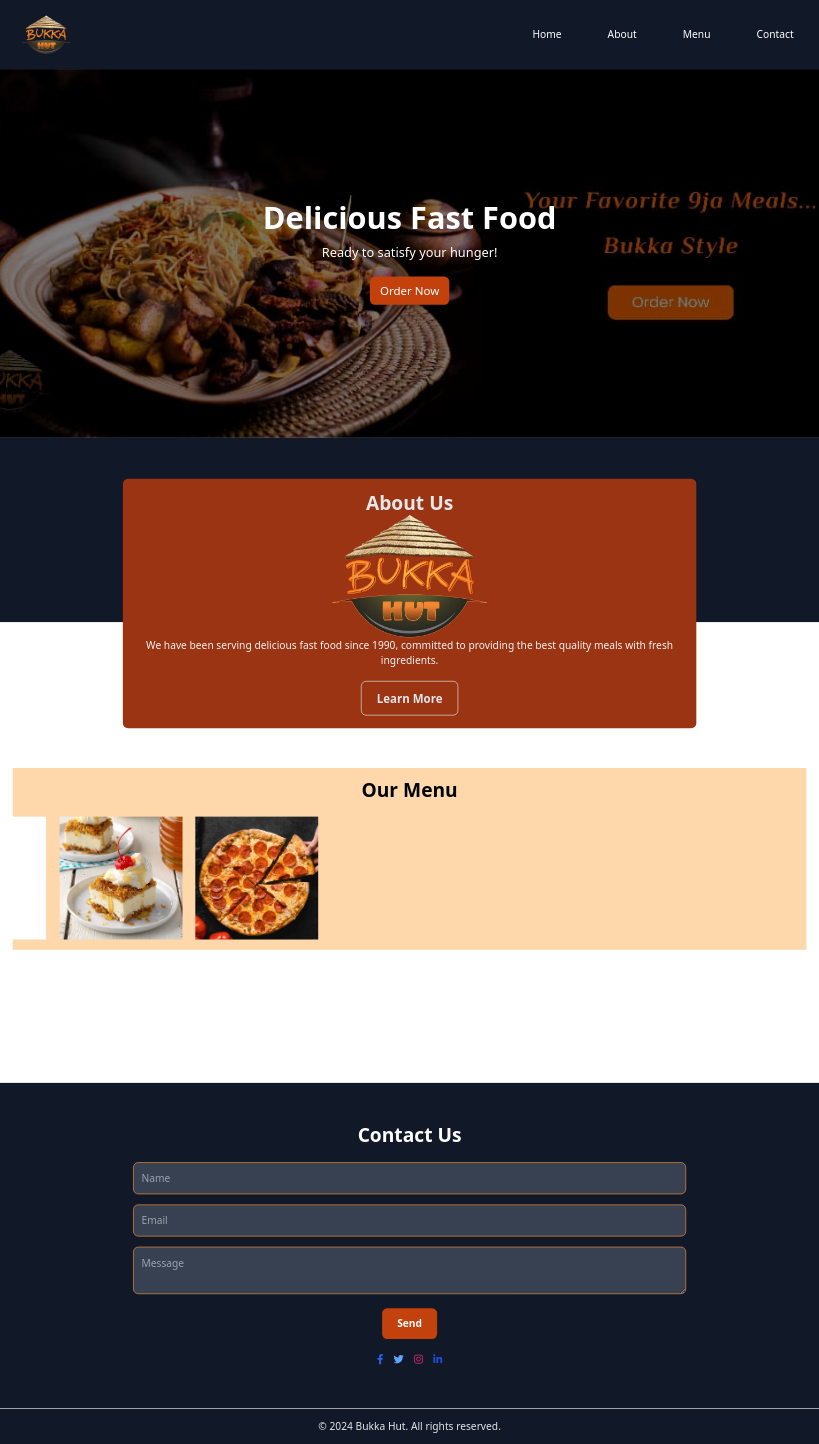
Repository: countaustin1990/BUKKAHUT
Page: INDEX.HTML
An editor plug-in stored every save of this project. The page is shown before and after the next save, followed by the edit.
The browser window is 1280 px wide. The pictures show the whole page, at 64% of full size.
Some web libraries are served in a nearby version.

Above is the page before, as saved 2024-08-24 16:48:04.
Console error: TypeError: Cannot read properties of null (reading 'addEventListener')

After the next save:
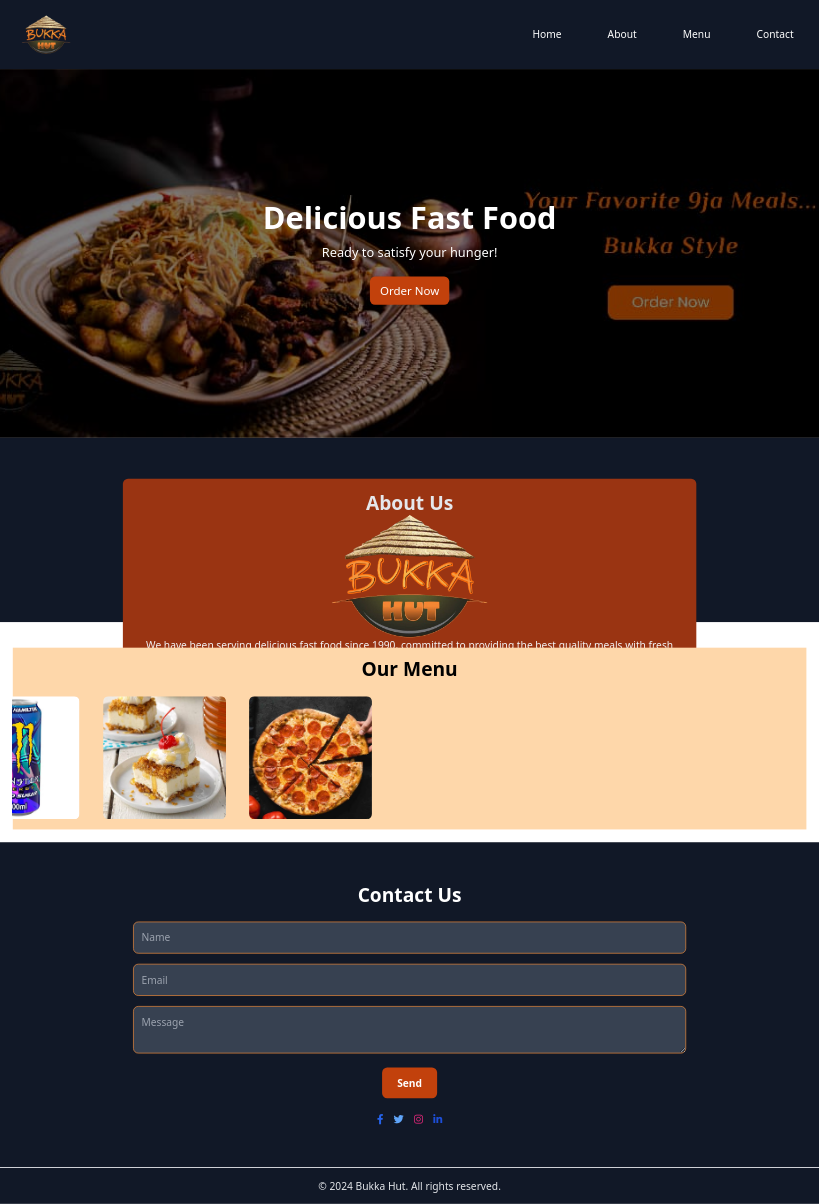
Saved 37 s later.
--- a/INDEX.HTML
+++ b/INDEX.HTML
@@ -104,16 +104,17 @@
 
 
 
-<section class="flex justify-center items-center min-h-screen p-5 container mx-auto">
+<!--------------------------------------------------------------------------------------------->
+  <section class="flex justify-center items-center p-5 container mx-auto">
   <div class="overflow-x-auto whitespace-nowrap py-4 px-6 bg-orange-200 mt-5 container mx-auto">
     <h2 class="text-3xl text-center font-bold mb-6">Our Menu</h2>
     <div class="animate-scroll">
       <a href="Menu.html">
-        <img src="burger.jpg" alt="Burger" class="inline-block h-48 mx-2">
-        <img src="fries.jpg" alt="Fries" class="inline-block h-48 mx-2">
-        <img src="drink.jpg" alt="Drink" class="inline-block h-48 mx-2">
-        <img src="dessert.jpg" alt="Dessert" class="inline-block h-48 mx-2">
-        <img src="pizza.jpg" alt="Pizza" class="inline-block h-48 mx-2">
+        <img src="burger.jpg" alt="Burger" class="inline-block h-48 mx-4 rounded-lg">
+        <img src="fries.jpg" alt="Fries" class="inline-block h-48 mx-4 rounded-lg">
+        <img src="drink.jpg" alt="Drink" class="inline-block h-48 mx-4 rounded-lg">
+        <img src="dessert.jpg" alt="Dessert" class="inline-block h-48 mx-4 rounded-lg">
+        <img src="pizza.jpg" alt="Pizza" class="inline-block h-48 mx-4 rounded-lg">
       </a>
       <!-- Repeat images as needed to fill the scroll area -->
     </div>
